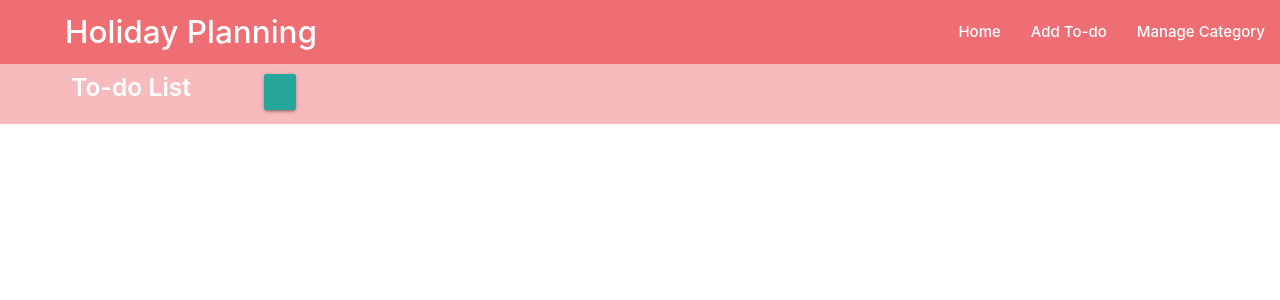
Repository: Code-Institute-Submissions/Project3-Holiday_Planning
Page: http://localhost/get_todos
The author's editor kept a record of every edit. The page is drawn from the files as they stood at one moment, then again after the next edit.
The browser window is 1280 px wide. The pictures show the whole page.
The page is served by the project's application, run on Flask 3 (app.py). Queries for data that is not in the repository find no rows.

Above is the page before.

### templates/todos.html
{% extends 'layout.html' %} {% block content %}


<div class="to_do_list">
  <div class='row'>
      <div class='col'><h5>To-do List</h5></div>

      <div class='col'><a class='dropdown-trigger btn' href='#' data-target='dropdown1'>{{category_name}}</a>
        <!-- Dropdown Structure -->
        <ul id='dropdown1' class='dropdown-content'>
            <li><a href="?category=All Category">All Category</li>
            <li><a href="?category=Flight and Transportation">Flight and Transportation</a></li>
            <li><a href="?category=Accommodation">Accommodation</a></li>
            <li><a href="?category=Wine and Dine Places">Wine and Dine Places</a></li>
            <li><a href="?category=Place of Interest">Place of Interest</a></li>
            <li><a href="?category=Others">Others</a></li>
        </ul>
      </div>

  </div>


  <div class="row">
    <ul class="collapsible content_container">
      {% for todo in todos %}
      <li>

      <div class="collapsible-header">
          <div class="todo_header col s3">
              <i class="material-icons">expand_more</i>
              <a href="{{url_for('edit_todo', todo_id=todo._id)}}" class="waves-effect waves-light btn blue-grey">Edit</a>
              <a href="{{url_for('delete_todo', todo_id=todo._id)}}" class="waves-effect waves-light btn grey">Delete</a>
          </div>

          <div class="todo_header col s9">
              <strong>Category : {{todo.category_name}}</strong>
              <br><strong>{{todo.todo_title}} - {{todo.due_date}}</strong>
          </div>
      </div>


      <div class="collapsible-body">
        <span>{{todo.todo_description}}</span><br><span>{{todo.website}}</span><br><span>Person in charge - {{todo.person_in_charge}}</span>
      </div>

      </li>
      {% endfor %}
    </ul>
  </div>
</div>

{% endblock %}

### templates/layout.html
<!DOCTYPE html>
<html>

<head>
        <link href="https://fonts.googleapis.com/icon?family=Material+Icons" rel="stylesheet">
        <link rel="stylesheet" href="https://cdnjs.cloudflare.com/ajax/libs/materialize/1.0.0/css/materialize.min.css">
        <link rel="stylesheet" href="{{url_for('static', filename='css/style.css')}}" type="text/css"/>
</head>


<body>
    <header>
        <nav>
            <div class="nav-wrapper">
                <a href="{{url_for('get_todos')}}" class="brand-logo">Holiday Planning</a>
                <a href="#" data-target="mobile-demo" class="sidenav-trigger"><i class="material-icons">menu</i></a>

                <ul id="nav-mobile" class="right hide-on-med-and-down">
                    <li><a href="{{url_for('get_todos')}}">Home</a></li>
                    <li><a href="{{url_for('add_todo')}}">Add To-do</a></li>
                    <li><a href="{{url_for('get_category')}}">Manage Category</a></li>
                </ul>
                </div>
                </nav>
                <!--extended hamburger navbar added for mobile-->
                <ul class="sidenav" id="mobile-demo">
                    <li><a href="{{url_for('get_todos')}}">Home</a></li>
                    <li><a href="{{url_for('add_todo')}}">Add To-do</a></li>
                    <li><a href="{{url_for('get_category')}}">Manage Category</a></li>
                </ul>


    </header>

    <div>
        {% block content %} {% endblock %}
    </div>


    <script src="https://cdnjs.cloudflare.com/ajax/libs/jquery/3.4.1/jquery.min.js"></script>
    <!--<script type="text/javascript" src="https://code.jquery.com/jquery-2.1.1.min.js"></script>-->
    <script src="https://cdnjs.cloudflare.com/ajax/libs/materialize/1.0.0/js/materialize.min.js"></script>


    <!--to perform the collapsible, datepicker and select option function-->
    <script type="text/javascript">
        $(document).ready(function(){
            $('.collapsible').collapsible();
            $('.datepicker').datepicker({
                format:'dd/mm/yyyy'
            });
            $('select').formSelect();
            $('.sidenav').sidenav();
            $('.dropdown-trigger').dropdown();

        });

    </script>


        {%block extra_js%}{%endblock%}
</body>

</html>

### app.py
import os
from flask import Flask, render_template, redirect, request, url_for
from flask_pymongo import PyMongo
from bson.objectid import ObjectId


app = Flask(__name__)
app.config["MONGO_DBNAME"] = 'holiday_planning'
app.config["MONGO_URI"] = os.getenv("MONGO_URI")
mongo = PyMongo(app)


# Function to display landing page
@app.route('/')
def index():
    return render_template("todos.html", todos=mongo.db.todos.find())


# T1 - Fetch data in mongodb pass it back to todos.html
@app.route('/get_todos')
def get_todos():
    todos=mongo.db.todos.find()
    print(todos)
    return render_template("todos.html",
                           todos=todos)



# T2 & T3 - After add_todo, must follow by insert_todo
@app.route('/add_todo')
def add_todo():
    return render_template('addTodo.html',
                            category=mongo.db.category.find())


@app.route('/insert_todo', methods=['POST'])
def insert_todo():
    todos = mongo.db.todos
    todos.insert_one(request.form.to_dict())
    return redirect(url_for('get_todos'))



# T4 & T5 - After edit_todo, must follow by update_todo
@app.route('/edit_todo/<todo_id>')
def edit_todo(todo_id):
    the_todo =  mongo.db.todos.find_one({"_id": ObjectId(todo_id)})
    all_category =  mongo.db.category.find()
    return render_template('editTodo.html', todo=the_todo,
                           category=all_category)


@app.route('/update_todo/<todo_id>', methods=["POST"])
def update_todo(todo_id):
    todos = mongo.db.todos
    todos.update( {'_id': ObjectId(todo_id)},
    {
        'category_name':request.form.get('category_name'),
        'todo_title':request.form.get('todo_title'),
        'todo_description': request.form.get('todo_description'),
        'person_in-charge': request.form.get('person_in-charge'),
        'website': request.form.get('website'),
        'due_date': request.form.get('due_date'),
        'is_urgent':request.form.get('is_urgent')
    })
    return redirect(url_for('get_todos'))


# T6 - Delete todo from the get_todos page
@app.route('/delete_todo/<todo_id>')
def delete_todo(todo_id):
    mongo.db.todos.remove({'_id': ObjectId(todo_id)})
    return redirect(url_for('get_todos'))



# CATEGORY

# C1 - Function to fetch all our data in mongodb pass it back to category.html
@app.route('/get_category')
def get_category():
    return render_template("category.html",
                            category=mongo.db.category.find())



# C2 & C3 - After add_category, must follow by insert_category
@app.route('/add_category')
def add_category():
    return render_template('addCategory.html')


@app.route('/insert_category', methods=['POST'])
def insert_category():
    category_doc = {'category_name': request.form.get('category_name')}
    mongo.db.category.insert_one(category_doc)
    return redirect(url_for('get_category'))



# C4 & C5 - After edit_category, must follow by update_category
@app.route('/edit_category/<category_id>')
def edit_category(category_id):
    return render_template('editCategory.html',
    category=mongo.db.category.find_one({'_id': ObjectId(category_id)}))


@app.route('/update_category/<category_id>', methods=['POST'])
def update_category(category_id):
    mongo.db.category.update(
        {'_id': ObjectId(category_id)},
        {'category_name': request.form.get('category_name')})
    return redirect(url_for('get_category'))



# C6 - Delete category from the Manage Category page
@app.route('/delete_category/<category_id>')
def delete_category(category_id):
    mongo.db.category.remove({'_id': ObjectId(category_id)})
    return redirect(url_for('get_category'))



# Boiler plate - must include at the end of app.py
if __name__ == '__main__':
    app.run(host=os.environ.get('IP'),
            port=int(os.environ.get('PORT')),
            debug=True)

### static/css/style.css
.nav-wrapper{
    padding-left: 65px;
    color: white;
    font-weight: 500;
}


h5{
    margin: 0px;
    padding:0px 50px 0px 60px;
    color: white;
    font-weight: 600;
}


/*.brand-logo{*/
/*    padding:100px 50px 10px 80px;*/
/*}*/


.btn_small {
    height: 24px;
    width: 60px;
    line-height: 24px;
    margin: 5px 100px;
    padding: 0px 100px;
}


.divider{
    width:6px;
    border:none;
}


.to_do_list,
.add_to_do,
.edit_to_do,
.category,
.add_category,
.edit_category
{
    height:45px;
    background-color: #f7babd;
    padding-top: 10px;
    margin-bottom: 30px;
    padding-bottom: 50px;
}


/*Task*/
.content_container{
    border :none;
    box-shadow: none;
}


.category_side{
    width: 40px;
}



.left_margin{
    margin-left: 35px;
}


.button_margin{
    margin-left: 50px;
}


.width{
    width: 45px;
}


.ul_style{
    padding: 0px;
    margin: 0px;
}

After the next edit:
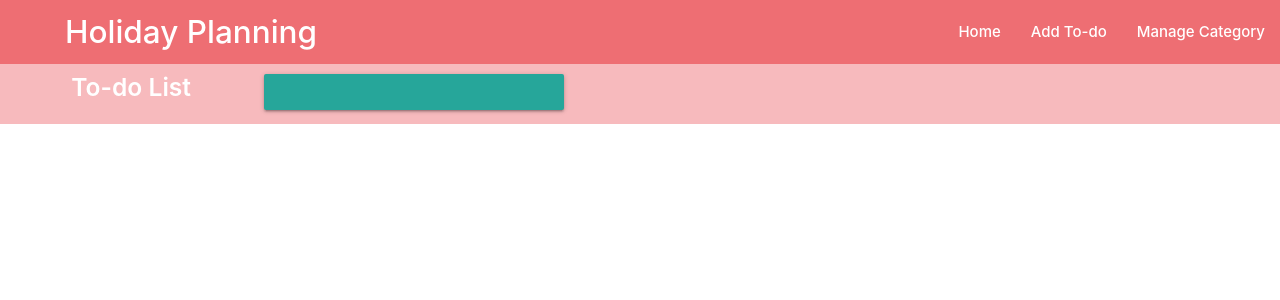
The edit:
--- a/templates/todos.html
+++ b/templates/todos.html
@@ -5,7 +5,7 @@
   <div class='row'>
       <div class='col'><h5>To-do List</h5></div>
 
-      <div class='col'><a class='dropdown-trigger btn' href='#' data-target='dropdown1'>{{category_name}}</a>
+      <div class='col'><a style='min-width:300px' class='dropdown-trigger btn' href='#' data-target='dropdown1'>{{category_name}}</a>
         <!-- Dropdown Structure -->
         <ul id='dropdown1' class='dropdown-content'>
             <li><a href="?category=All Category">All Category</li>
